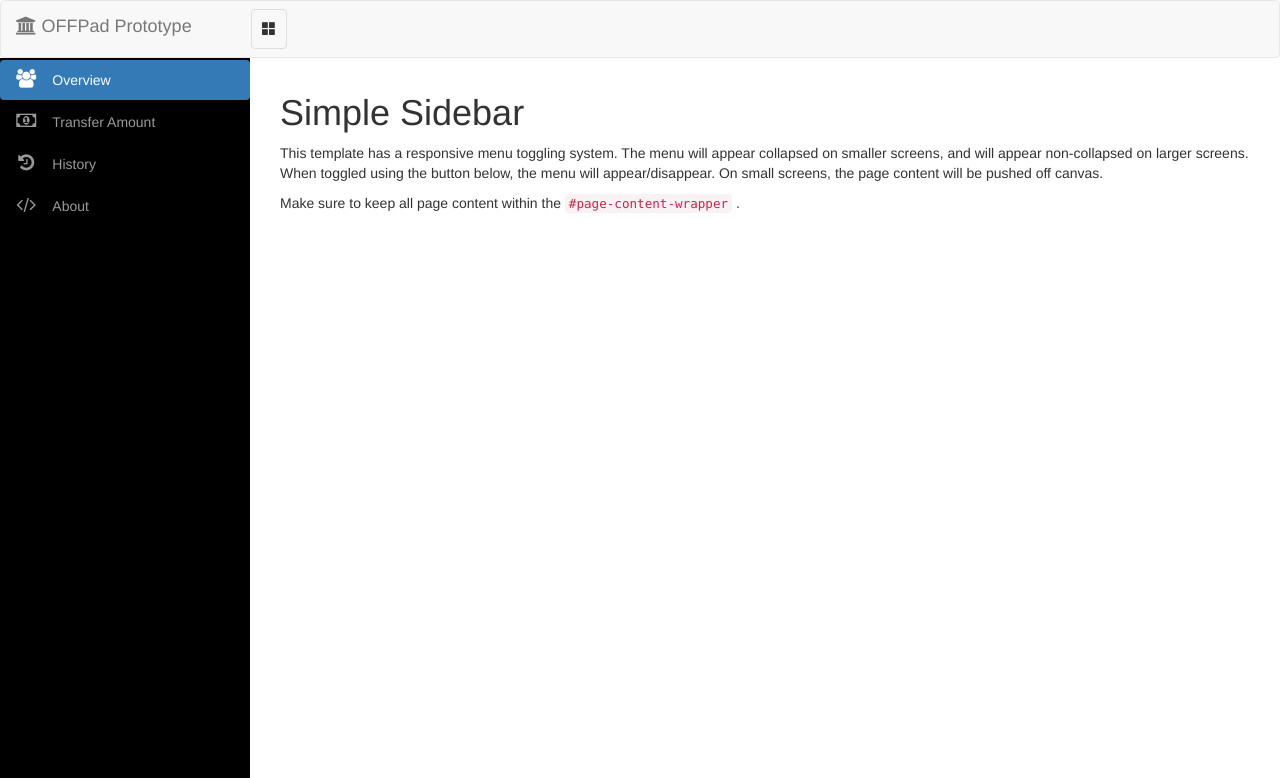
Repository: sijangurung/OFFPad-Projects
Page: Web App Workspace/OffPad WebApp/WebContent/index.html
These files come from the project's save history. The page is drawn as it stood at one moment and after the next save; the edit follows.
The browser window is 1280 px wide. The pictures show the whole page.

Above is the page before, as saved 2015-12-29 16:15:56.

After the next save:
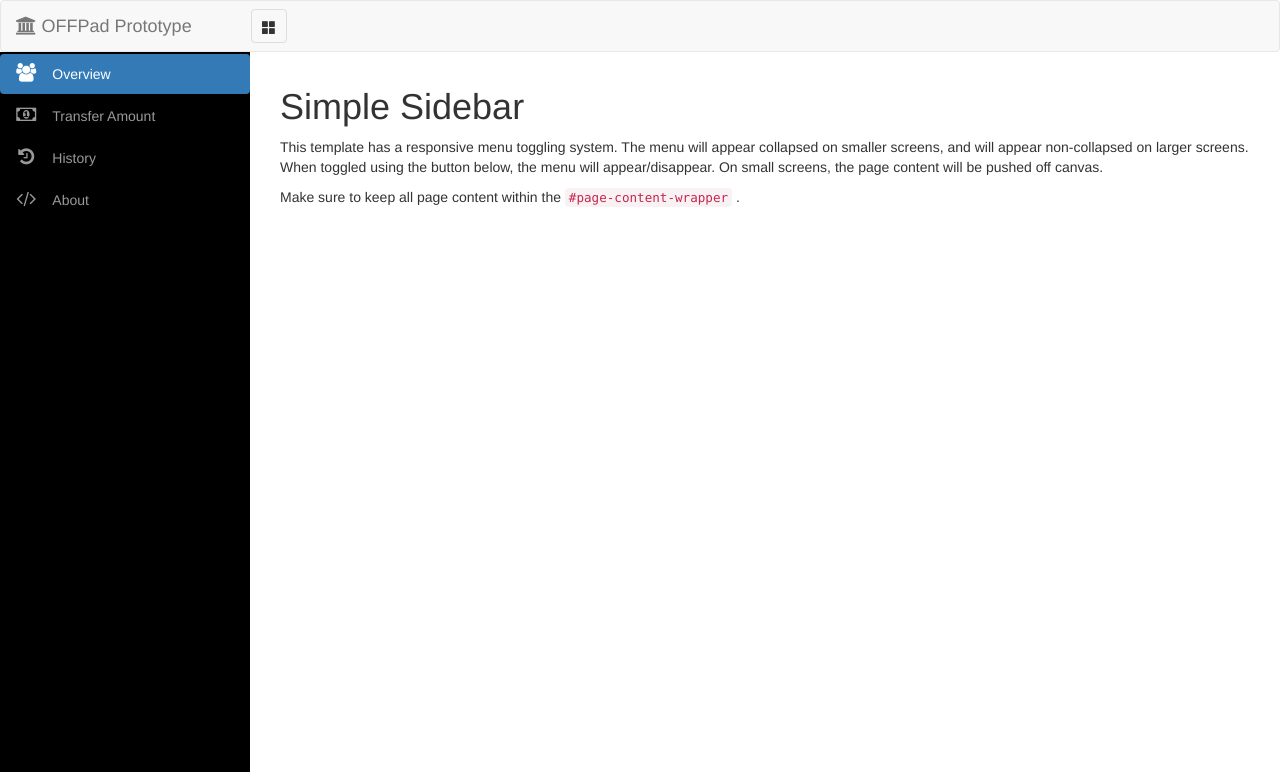
Saved 81 min 0 s later.
--- a/Web App Workspace/OffPad WebApp/WebContent/index.html
+++ b/Web App Workspace/OffPad WebApp/WebContent/index.html
@@ -1,4 +1,4 @@
-<!DOCTYPE html>
+<!DOCTYPE html PUBLIC "-//W3C//DTD HTML 4.01 Transitional//EN" "http://www.w3.org/TR/html4/loose.dtd">
 <html lang="en">
 
 <head>
